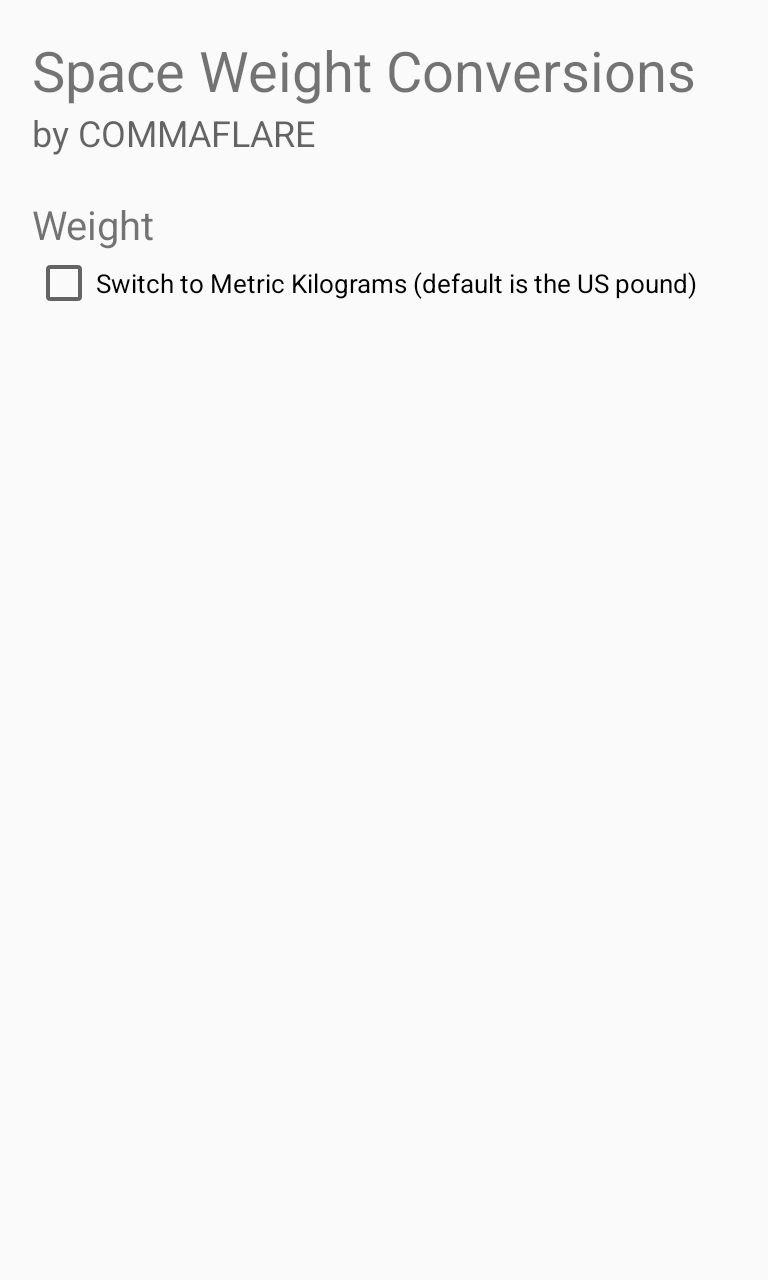
Repository: xxbeastli343xx/Diabolical-Turtle
Layout: App/WeightConversions/res/layout/activity_conversion.xml
These files come from the project's save history. The layout is drawn as it stood at one moment and after the next save; the edit follows.
It is drawn on a 768 x 1280 px phone screen (xhdpi) without system bars, with theme AppTheme; the app's code is not run.

Above is the layout before, as saved 2014-09-30 04:43:30.

After the next save:
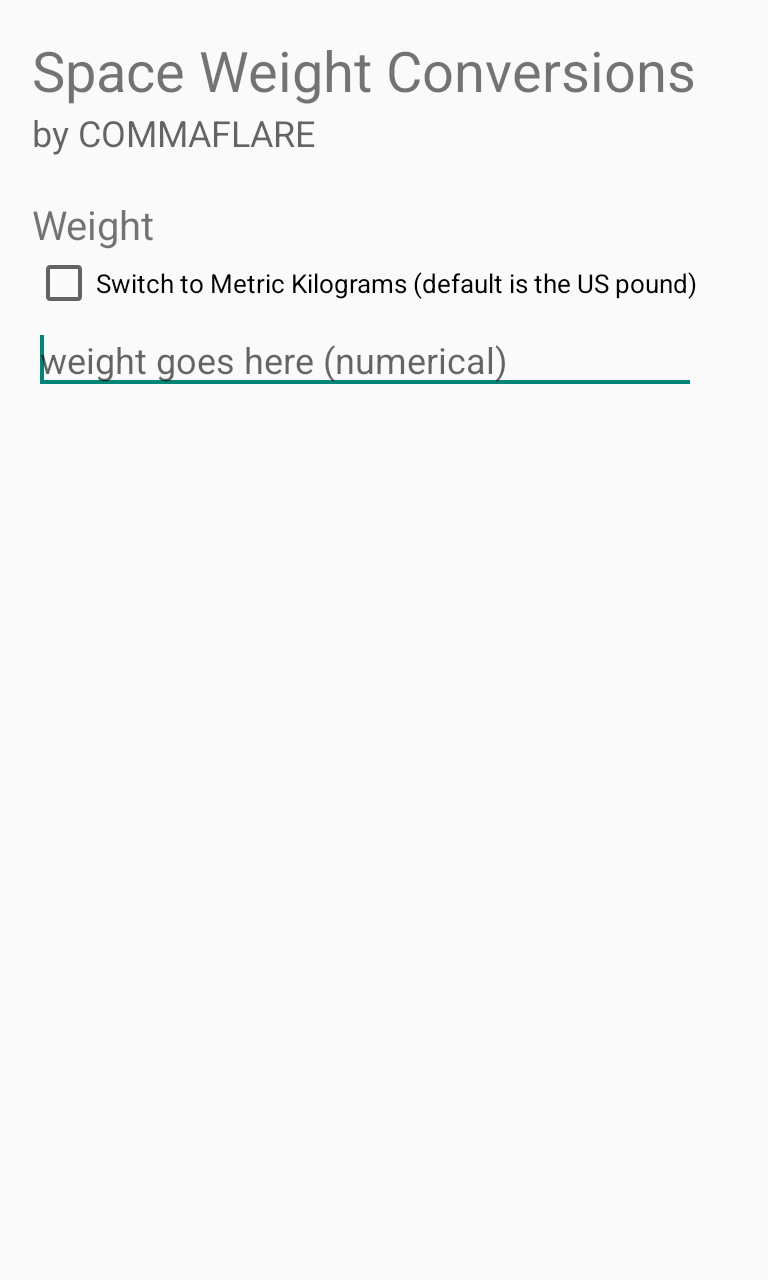
Saved 67 s later.
--- a/App/WeightConversions/res/layout/activity_conversion.xml
+++ b/App/WeightConversions/res/layout/activity_conversion.xml
@@ -53,6 +53,17 @@
             android:text="@string/checkMetrics"
             android:textSize="13sp" />
 
+        <EditText
+            android:id="@+id/weightPrompt"
+            android:layout_width="match_parent"
+            android:layout_height="wrap_content"
+            android:ems="10"
+            android:hint="@string/weightPromptHint"
+            android:inputType="number" >
+
+            <requestFocus />
+        </EditText>
+
     </LinearLayout>
 
 </RelativeLayout>
